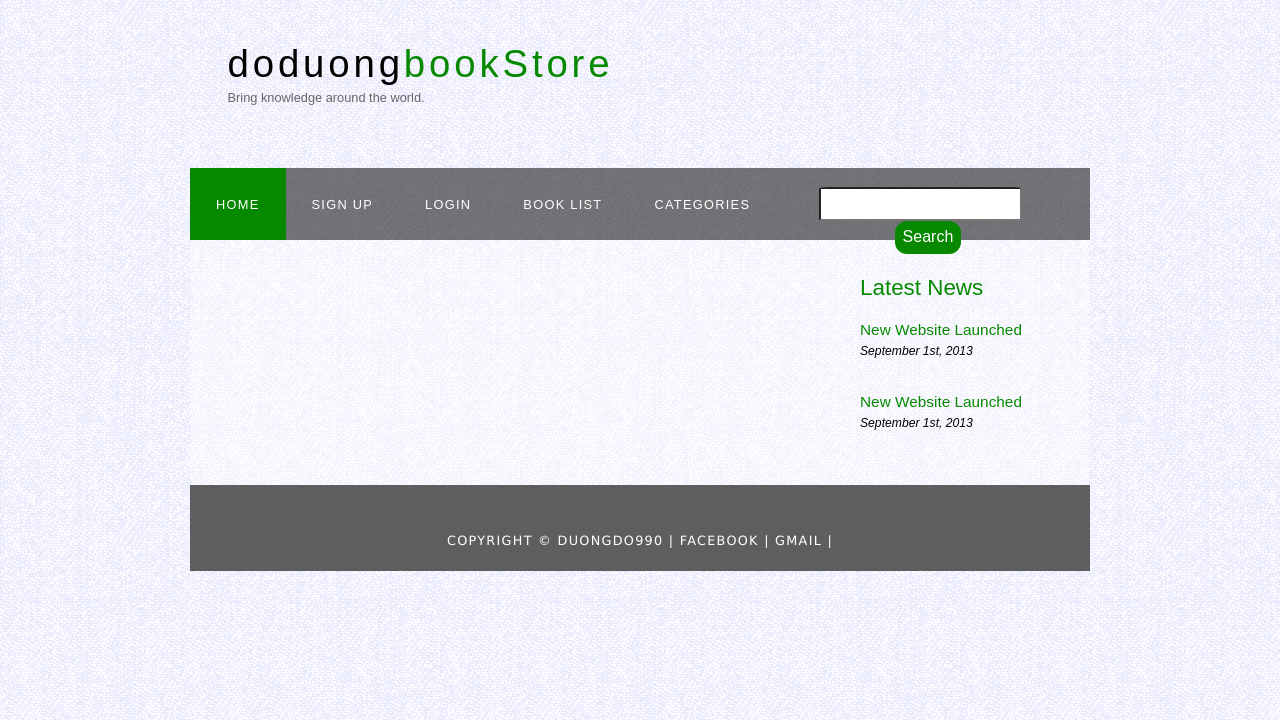
Repository: ngttuyen/JavaWeb
Page: http://localhost/MyWebsite/
These files come from the project's save history. The page is drawn as it stood at one moment and after the next save; the edit follows.
The browser window is 1280 px wide. The pictures show the whole page.
The page is served by Tomcat 9. Other server files are loaded and not shown.

Above is the page before, as saved 2019-06-02 08:34:58.

### MyWebsite/WebContent/index.jsp
<%@page contentType="text/html" pageEncoding="utf-8"%>
<%@ include file="includes/head.jsp"%>
<body>
	<div id="main">
		<div id="header">
			<div id="logo">
				<div id="logo_text">
					<!-- class="logo_colour", allows you to change the colour of the text -->
					<h1>
						<a href="index.jsp">doduong<span class="logo_colour">bookStore</span></a>
					</h1>
					<h2>Bring knowledge around the world.</h2>
				</div>
			</div>
			<div id="menubar">
				<ul id="menu">
					<!-- put class="selected" in the li tag for the selected page - to highlight which page you're on -->
					<li class="selected"><a href="#">Home</a></li>
					<li><a href="signup.jsp">Sign Up</a></li>
					<li><a href="login.jsp">Login</a></li>
					<li><a href="book.jsp">Book List</a></li>
					<li><a href="categories.jsp">Categories</a></li>
				</ul>
				<form method="get" action="" id="searchForm">
					<input type="text" name="search" id="search-input" class="styled-input">
					<button class="button">Search</button>
				</form>
			</div>
		</div>
		<div id="site_content">
			<%@ include file="/includes/sidebar.jsp"%>
			<div id="content">
				<!-- -------------------------your code here---------------------- --->









				<!-- -------------------------your code here---------------------- --->
			</div>
		</div>
		<div id="footer">
			<!---footer here --->
			<%@ include file="/includes/footer.jsp"%>
		</div>
	</div>
</body>
</html>

### MyWebsite/WebContent/includes/head.jsp
<%@page contentType="text/html" pageEncoding="utf-8" %>
<!doctype html>
<html>

<head>
  <title>doduong's BookStore</title>
  <meta name="description" content="website description" />
  <meta name="keywords" content="website keywords, website keywords" />
  <meta http-equiv="content-type" content="text/html; charset=windows-1252" />
  <link rel="stylesheet"href="styles/style.css" title="style">
</head>

### MyWebsite/WebContent/includes/sidebar.jsp
<%@page contentType="text/html" pageEncoding="utf-8"%>
<div class="sidebar">
	<!-- insert your sidebar items here -->
	<h3>Latest News</h3>
	<h4>New Website Launched</h4>
	<h5>September 1st, 2013</h5>
	<p></p>
	<h4>New Website Launched</h4>
	<h5>September 1st, 2013</h5>
</div>

### MyWebsite/WebContent/includes/footer.jsp
<%@page contentType="text/html" pageEncoding="utf-8"%>
<div id="footer">
	Copyright &copy; duongdo990 | <a
		href="#">Facebook</a> | <a
		href="#">Gmail</a> |
</div>
</div>

### MyWebsite/WebContent/styles/style.css
html
{ height: 100%;}

*
{ margin: 0;
  padding: 0;}

body
{ font: normal .80em 'trebuchet ms', arial, sans-serif;
  background: #F0EFE2 url(../images/background.png) repeat;
  color: #777;}

p
{ padding: 0 0 20px 0;
  line-height: 1.7em;}

img
{ border: 0;}

h1, h2, h3, h4, h5, h6
{ font: normal 175% 'century gothic', arial, sans-serif;
  color: #068900;
  margin: 0 0 15px 0;
  padding: 15px 0 5px 0;}

h2
{ font: normal 175% 'century gothic', arial, sans-serif;
  color: #068900;}

h4, h5, h6
{ margin: 0;
  padding: 0 0 5px 0;
  font: normal 120% arial, sans-serif;
  color: #068900;}

h5, h6
{ font: italic 95% arial, sans-serif;
  padding: 0 0 15px 0;
  color: #000;}

h6
{ color: #362C20;}

a, a:hover
{ outline: none;
  text-decoration: underline;
  color: #FD5BFF;}

a:hover
{ text-decoration: none;}

.left
{ float: left;
  width: auto;
  margin-right: 10px;}

.right
{ float: right;
  width: auto;
  margin-left: 10px;}

.center
{ display: block;
  text-align: center;
  margin: 20px auto;}

blockquote
{ margin: 20px 0;
  padding: 10px 20px 0 20px;
  border: 1px solid #E5E5DB;
  background: #FFF;}

ul
{ margin: 2px 0 22px 17px;}

ul li
{ list-style-type: circle;
  margin: 0 0 6px 0;
  padding: 0 0 4px 5px;}

ol
{ margin: 8px 0 22px 20px;}

ol li
{ margin: 0 0 11px 0;}

#main, #logo, #menubar, #site_content, #footer
{ margin-left: auto;
  margin-right: auto;}

#header
{ height: 240px;}

#logo
{ width: 825px;
  position: relative;
  height: 168px;}

#logo #logo_text
{ position: absolute;
  top: 20px;
  left: 0;}

#logo h1, #logo h2
{ font: normal 300% 'century gothic', arial, sans-serif;
  border-bottom: 0;
  text-transform: none;
  margin: 0;}

#logo_text h1, #logo_text h1 a, #logo_text h1 a:hover
{ padding: 22px 0 0 0;
  color: #000;
  letter-spacing: 0.1em;
  text-decoration: none;}

#logo_text h1 a .logo_colour
{ color: #068900;}

#logo_text h2
{ font-size: 100%;
  padding: 4px 0 0 0;
  color: #676767;}

#menubar
{ width: 900px;
  height: 72px;
  padding: 0;
  background: transparent url(../images/transparent.png) repeat;}

ul#menu, ul#menu li
{ float: left;
  margin: 0;
  padding: 0;}

ul#menu li
{ list-style: none;}

ul#menu li a
{ letter-spacing: 0.1em;
  font: normal 100% arial, sans-serif;
  display: block;
  float: left;
  height: 37px;
  padding: 29px 26px 6px 26px;
  text-align: center;
  color: #FFF;
  text-transform: uppercase;
  text-decoration: none;
  background: transparent;}

ul#menu li a:hover, ul#menu li.selected a, ul#menu li.selected a:hover
{ color: #FFF;
  background: #068900;}

#site_content
{ width: 837px;
  overflow: hidden;
  margin: 0 auto 0 auto;
  padding: 20px 24px 20px 37px;
  background: transparent url(../images/transparent_light.png) repeat;}

.sidebar
{ float: right;
  width: 190px;
  padding: 0 15px 20px 15px;}

.sidebar ul
{ width: 178px;
  padding: 4px 0 0 0;
  margin: 4px 0 30px 0;}

.sidebar li
{ list-style: none;
  padding: 0 0 7px 0; }

.sidebar li a, .sidebar li a:hover
{ padding: 0 0 0 40px;
  display: block;
  background: transparent url(../images/link.png) no-repeat left center;}

.sidebar li a.selected
{ color: #444;
  text-decoration: none;}

#content
{ text-align: left;
  width: 595px;
  padding: 0;}

#content ul
{ margin: 2px 0 22px 0px;}

#content ul li
{ list-style-type: none;
  background: url(../images/bullet.png) no-repeat;
  margin: 0 0 6px 0;
  padding: 0 0 4px 25px;
  line-height: 1.5em;}

#footer
{ width: 900px;
  font: normal 100% 'lucida sans unicode', arial, sans-serif;
  height: 33px;
  padding: 24px 0 5px 0;
  text-align: center;
  background-color: #5d5e60;
  color: #FFF;
  text-transform: uppercase;
  letter-spacing: 0.1em;}

#footer a
{ color: #FFF;
  text-decoration: none;}

#footer a:hover
{ color: #FFF;
  text-decoration: underline;}

.search
{ color: #5D5D5D;
  border: 1px solid #BBB;
  width: 134px;
  padding: 4px;
  font: 100% arial, sans-serif;}

#colours
{ height: 0px;
  text-align: right;
  padding: 66px 16px 0px 300px;}
  /*-------------------------------------*/
.button {
  background-color: #068900; /* Green */
  border: none;
  color: white;
  padding: 1% 1%;
  text-align: center;
  text-decoration: none;
  display: inline-block;
  font-size: 16px;
  border-radius: 12px;
  margin-left: 2%;
}
#searchForm{
  height: 37px;
  padding: 19px 26px 6px 10%;
  text-align: center;
  color: #FFF;
  text-transform: uppercase;
  text-decoration: none;
  background: transparent;
}
.styled-input {
	height: 80%;
	border-radius: 5%;
	font-size: 15px;
	border: 1% solid #068900;
	font-weigh: bold;
}
.login-signup{
	width: 65%;
	height: 100%;
	font-size: 17px;
	color: black;
}
td{
	padding: 3% 3% 3% 3%;
}

After the next save:
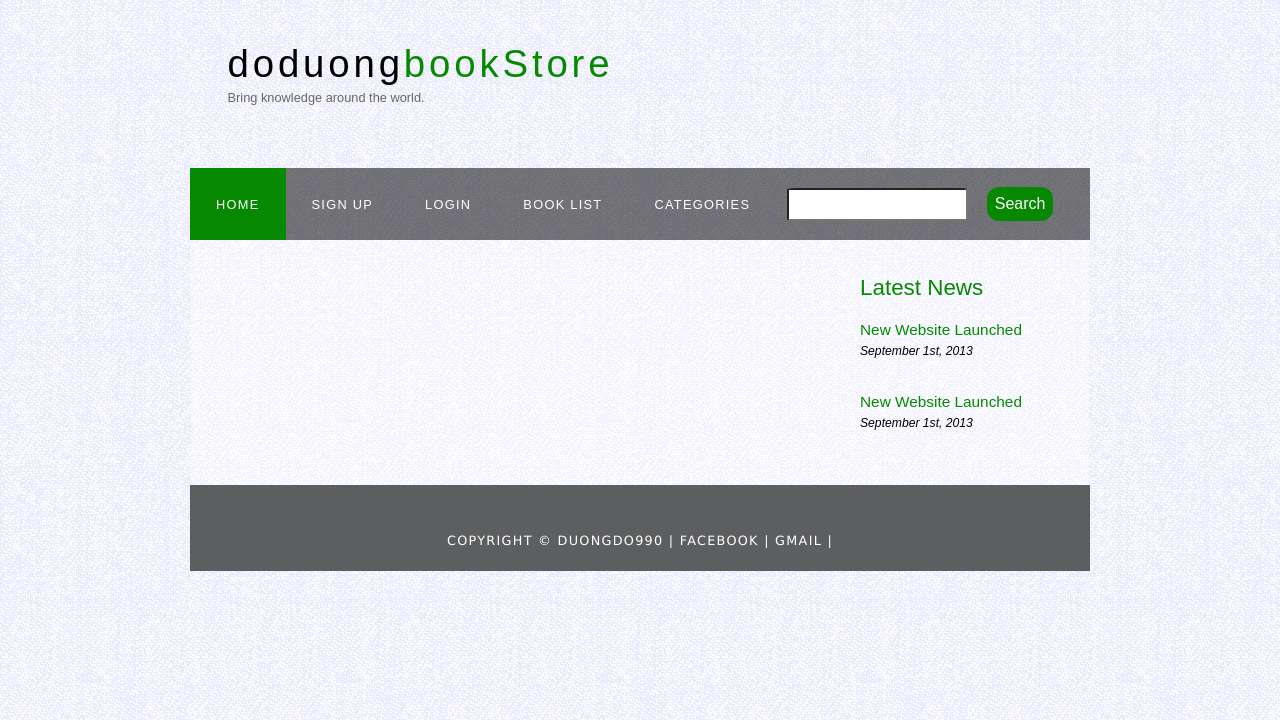
Saved 16 s later.
--- a/MyWebsite/WebContent/styles/style.css
+++ b/MyWebsite/WebContent/styles/style.css
@@ -252,7 +252,6 @@
 .styled-input {
 	height: 80%;
 	border-radius: 5%;
-	font-size: 15px;
 	border: 1% solid #068900;
 	font-weigh: bold;
 }

After the 2 saves that followed:
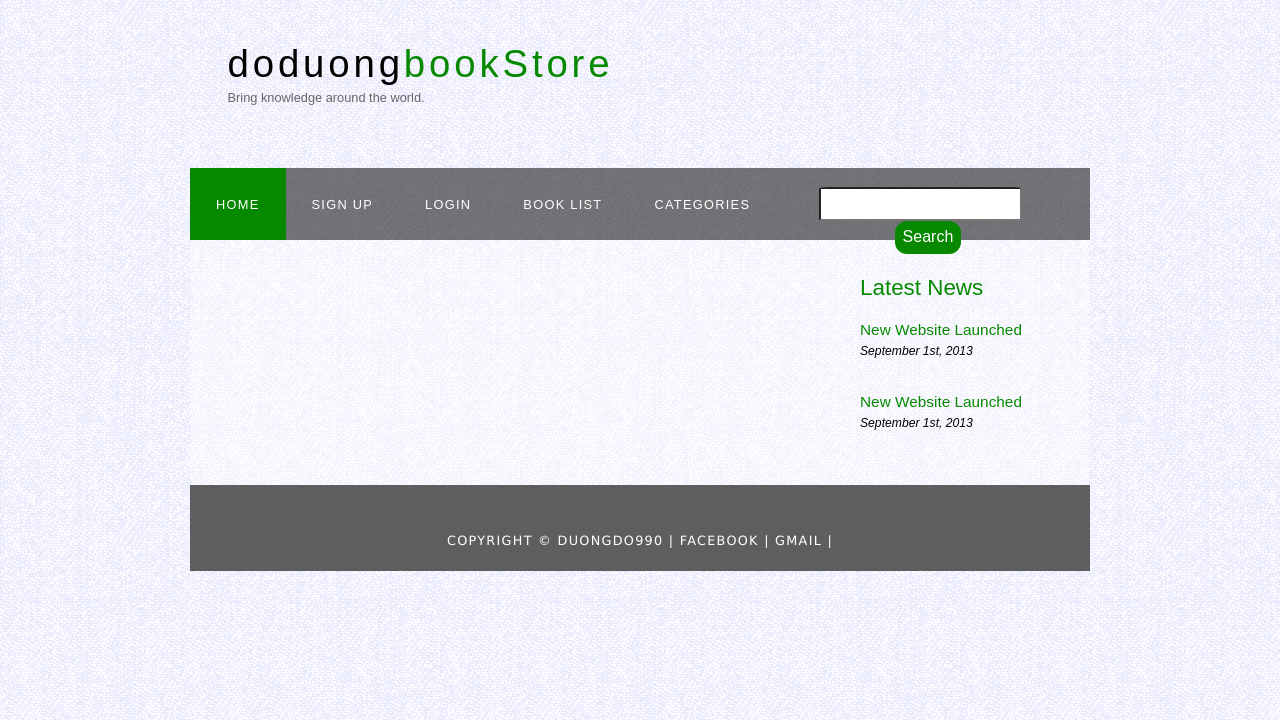
The 2 saves are shown as one change because they came seconds apart.
The last was saved 19 s later.
--- a/MyWebsite/WebContent/styles/style.css
+++ b/MyWebsite/WebContent/styles/style.css
@@ -252,6 +252,7 @@
 .styled-input {
 	height: 80%;
 	border-radius: 5%;
+	font-size: 15px;
 	border: 1% solid #068900;
 	font-weigh: bold;
 }
@@ -261,6 +262,3 @@
 	font-size: 17px;
 	color: black;
 }
-td{
-	padding: 3% 3% 3% 3%;
-}
